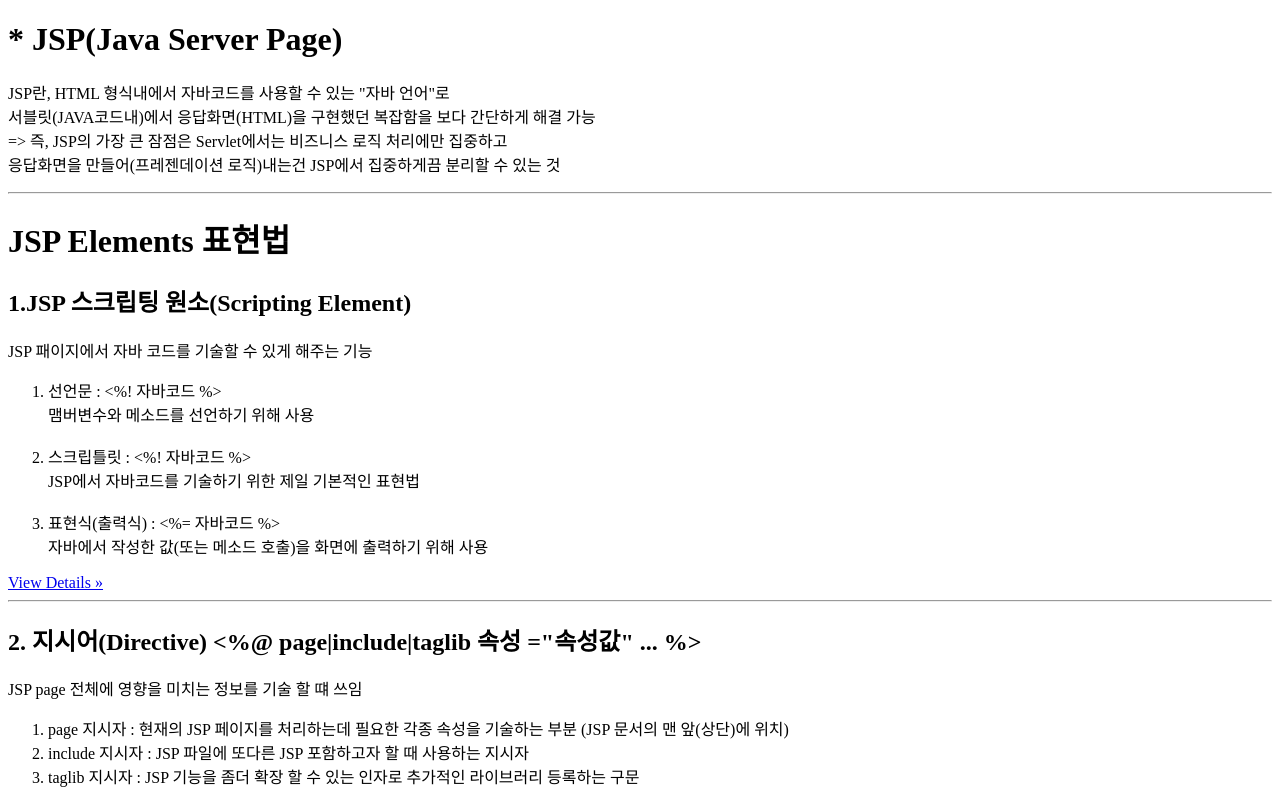
Repository: BrianH29/BH_webserver_workspace1
Page: webserver_workspace1/2_JSP/WebContent/index.html
An editor plug-in stored every save of this project. The page is shown before and after the next save, followed by the edit.
The browser window is 1280 px wide. The pictures show the whole page.

Above is the page before, as saved 2020-08-31 02:09:15.

After the next save:
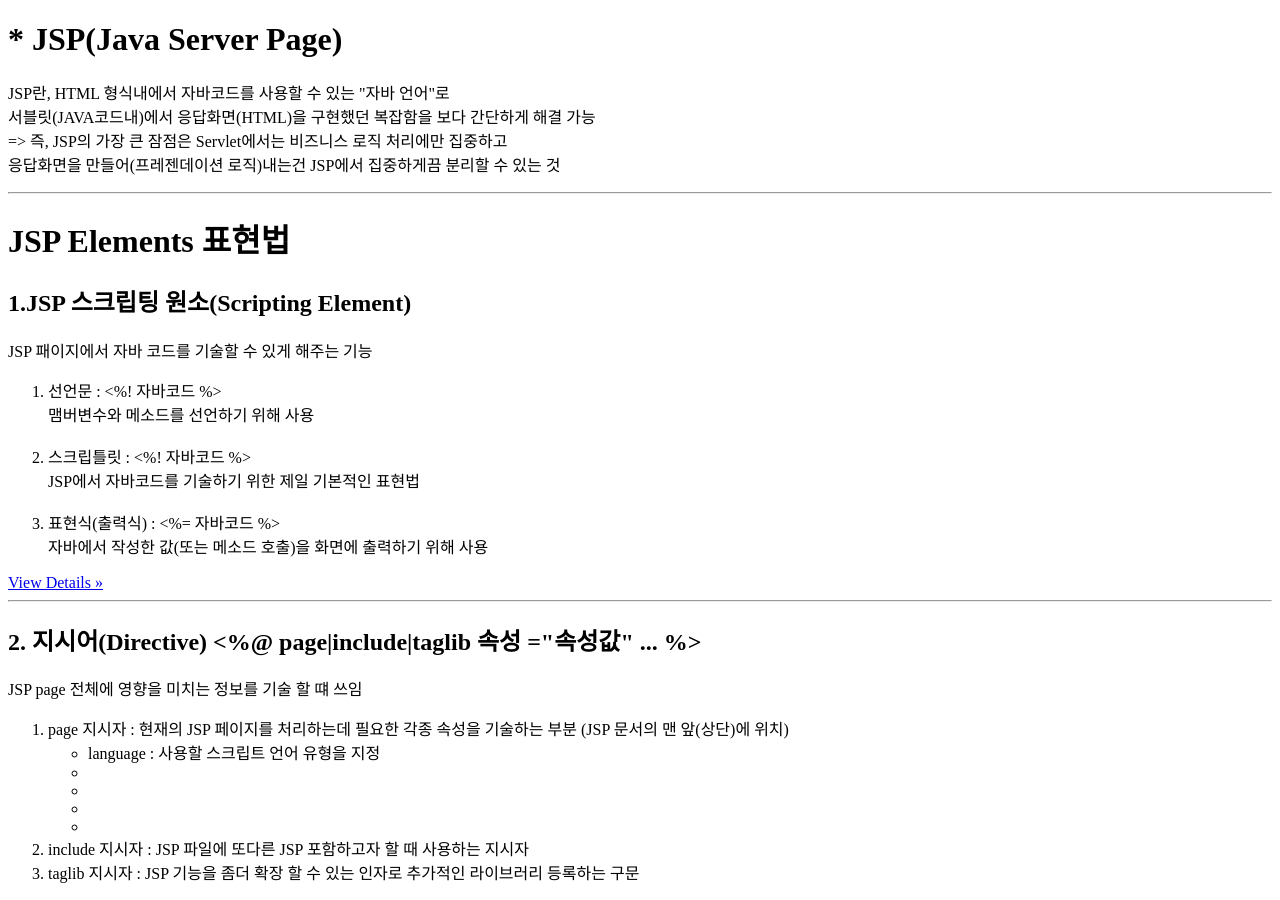
Saved 67 s later.
--- a/webserver_workspace1/2_JSP/WebContent/index.html
+++ b/webserver_workspace1/2_JSP/WebContent/index.html
@@ -49,6 +49,13 @@
 	<ol>
 		<li>
 			page 지시자 : 현재의 JSP 페이지를 처리하는데 필요한 각종 속성을 기술하는 부분 (JSP 문서의 맨 앞(상단)에 위치)<br>
+			<ul>
+				<li>language : 사용할 스크립트 언어 유형을 지정</li>
+				<li></li>
+				<li></li>
+				<li></li>
+				<li></li>
+			</ul>
 		</li>
 		<li>
 			include 지시자 : JSP 파일에 또다른 JSP 포함하고자 할 때 사용하는 지시자<br>
